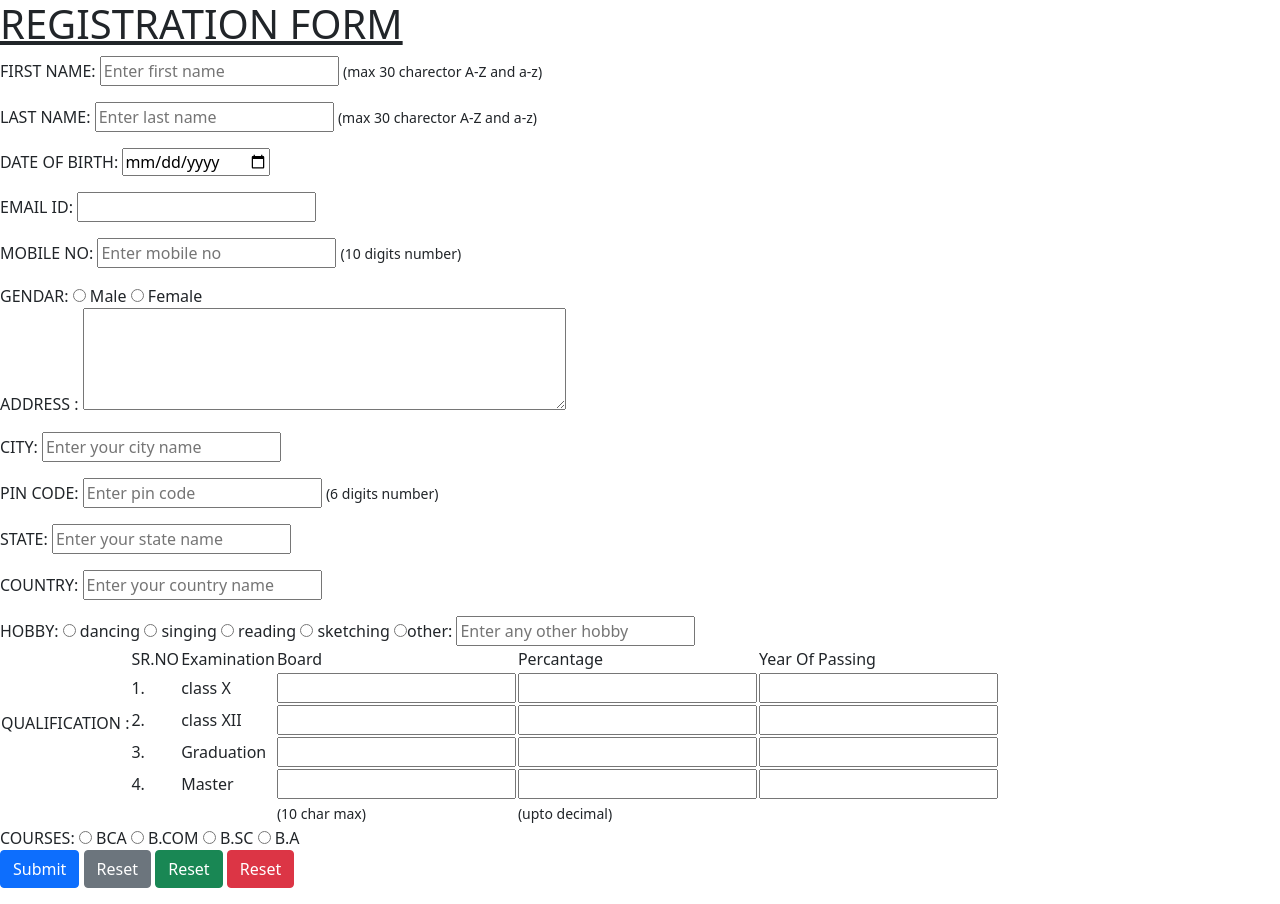
Repository: MintuKrishnan/subrahmanyam-batch
Page: front-end/html/form.html
An editor plug-in stored every save of this project. The page is shown before and after the next save, followed by the edit.
The browser window is 1280 px wide. The pictures show the whole page.

Above is the page before, as saved 2021-02-26 15:08:33.

After the next save:
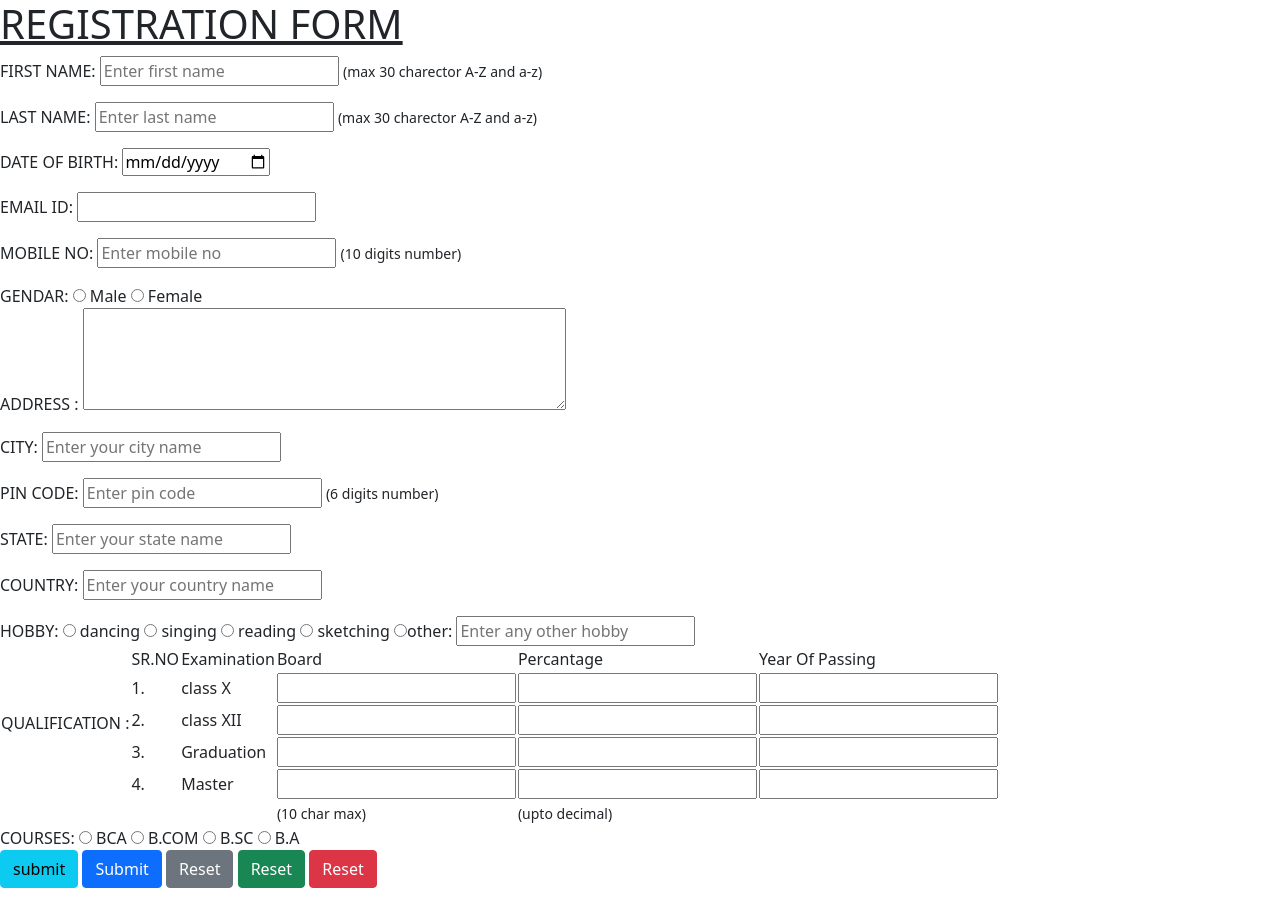
Saved 24 s later.
--- a/front-end/html/form.html
+++ b/front-end/html/form.html
@@ -123,6 +123,8 @@
 
 
     <p>
+
+        <button class="btn btn-info">submit</button>
         <input type="submit" class="btn btn-primary">
         <input type="reset" class="btn btn-secondary">
         <input type="reset" class="btn btn-success">
